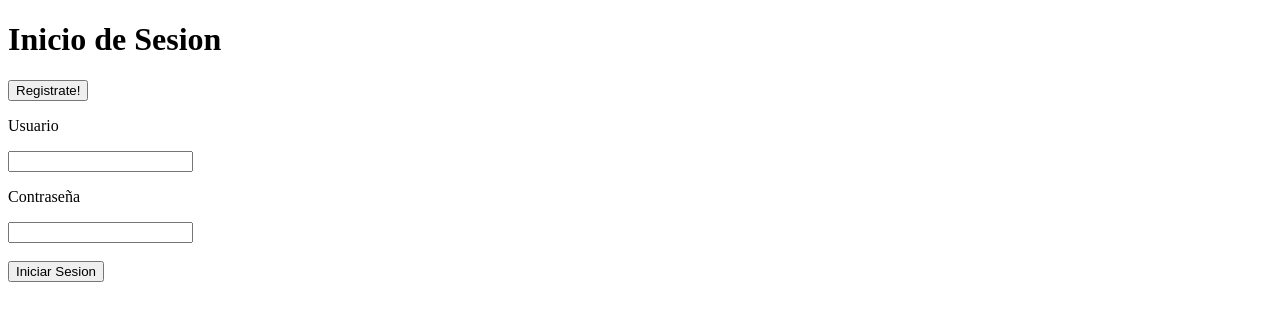
Repository: NighelG/Proyecto-de-verificacion-de-asistencia
Page: ProyectoAsistencia/public/pages/index.html
These files come from the project's save history. The page is drawn as it stood at one moment and after a run of saves; the edit follows.
The browser window is 1280 px wide. The pictures show the whole page.

Above is the page before, as saved 2025-08-26 15:36:06.

### ProyectoAsistencia/public/pages/index.html
<!DOCTYPE html>
<html lang="en">
<head>
    <meta charset="UTF-8">
    <meta name="viewport" content="width=device-width, initial-scale=1.0">
    <title>Login</title>
</head>
<link rel="stylesheet" href="../css/index.css">
<body>
    <h1>Inicio de Sesion</h1>
    <a href="../pages/registro.html">
        <Button>Registrate!</Button>
    </a>
    <div class="login">
        <p>Usuario</p>
        <label for="user"></label>
        <input id="user" type="text">
        <br>
        <p>Contraseña</p>
        <label for="password"></label>
        <input id="password" type="password">
        <br><br>
        <button id="btnLogin">Iniciar Sesion</button>
    </div>
</body>
<script type="module" src="../js/index.js"></script>
</html>

### ProyectoAsistencia/public/js/index.js
//Invocaciones
const inputUsuario=document.getElementById("user");
const inputPassword=document.getElementById("password");
const btnLogin=document.getElementById("btnLogin");
//Invocaciones

Loaded but not shown: ProyectoAsistencia/public/css/index.css (no copy from this time; the picture is the same without it)

After the next 4 saves:
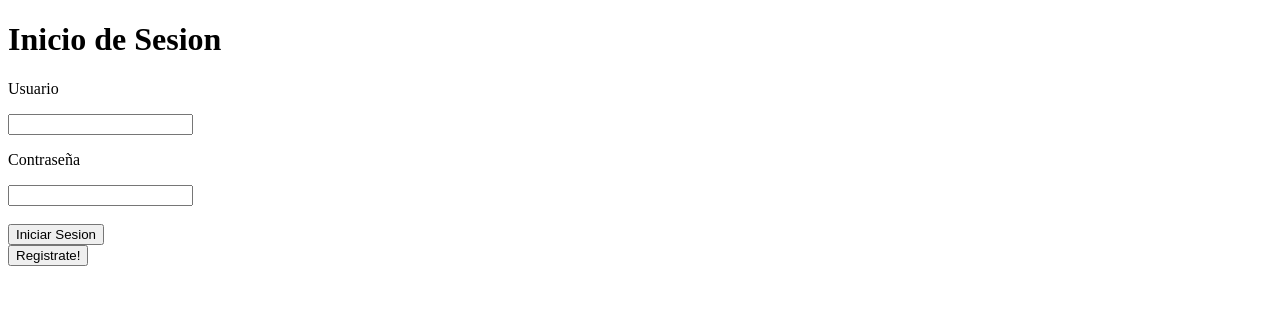
The 4 saves are shown as one change because they came seconds apart.
The last was saved 25 s later.
--- a/ProyectoAsistencia/public/pages/index.html
+++ b/ProyectoAsistencia/public/pages/index.html
@@ -8,9 +8,6 @@
 <link rel="stylesheet" href="../css/index.css">
 <body>
     <h1>Inicio de Sesion</h1>
-    <a href="../pages/registro.html">
-        <Button>Registrate!</Button>
-    </a>
     <div class="login">
         <p>Usuario</p>
         <label for="user"></label>
@@ -22,6 +19,9 @@
         <br><br>
         <button id="btnLogin">Iniciar Sesion</button>
     </div>
+        <a href="../pages/registro.html">
+        <Button>Registrate!</Button>
+    </a>
 </body>
 <script type="module" src="../js/index.js"></script>
 </html>
